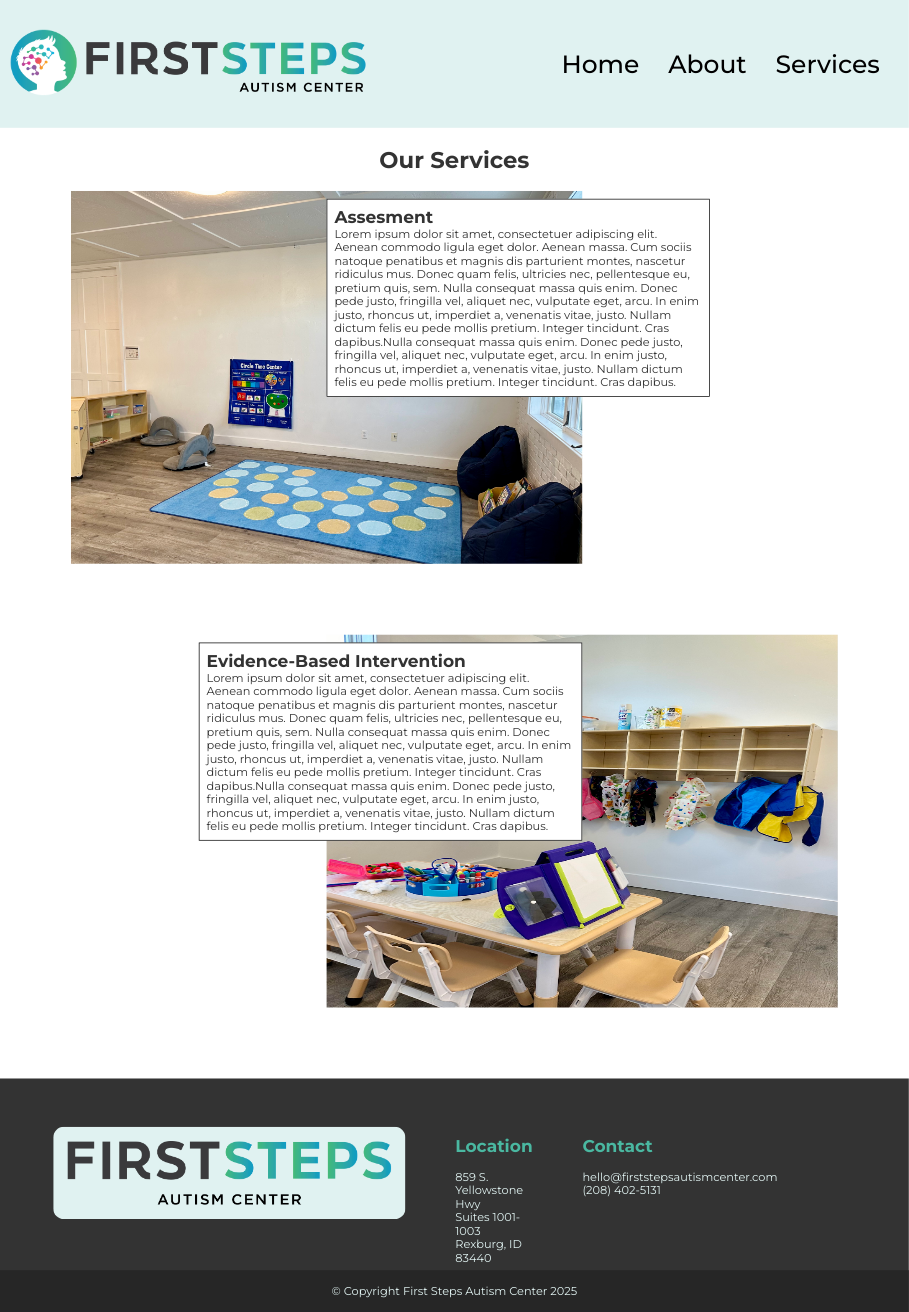
Repository: LordHaphestus/firstStepsAutism
Page: services.html
An editor plug-in stored every save of this project. The page is shown before and after the next save, followed by the edit.
The browser window is 1280 px wide. The pictures show the whole page, at 71% of full size.

Above is the page before, as saved 2026-02-17 21:50:32.

### services.html
<!DOCTYPE html>
<html lang="en">
<head>
    <meta charset="UTF-8">
    <meta name="viewport" content="width=device-width, initial-scale=1.0">
    <title>Services | First Steps Autism</title>
    <link rel="stylesheet" href="style.css">
</head>
<body>
    <header>
        <a href="index.html" id="logo"><img src="images/horizontalLogoColor.png" alt="First Steps Autism Logo"></a>
        <nav>
            <a href="index.html">Home</a>
            <a href="about.html">About</a>
            <a href="services.html">Services</a>
            <!-- <a href="contact.html">Contact</a> -->
        </nav>
    </header>
    <main id="services">
        <h1>Our Services</h1>
        <div>
            <section style="grid-column: 3/6; grid-row: 2/4;">
                <h2>Assesment</h2>
                <p>Lorem ipsum dolor sit amet, consectetuer adipiscing elit. Aenean commodo ligula eget dolor. Aenean massa. Cum sociis natoque penatibus et magnis dis parturient montes, nascetur ridiculus mus. Donec quam felis, ultricies nec, pellentesque eu, pretium quis, sem. Nulla consequat massa quis enim. Donec pede justo, fringilla vel, aliquet nec, vulputate eget, arcu. In enim justo, rhoncus ut, imperdiet a, venenatis vitae, justo. Nullam dictum felis eu pede mollis pretium. Integer tincidunt. Cras dapibus.Nulla consequat massa quis enim. Donec pede justo, fringilla vel, aliquet nec, vulputate eget, arcu. In enim justo, rhoncus ut, imperdiet a, venenatis vitae, justo. Nullam dictum felis eu pede mollis pretium. Integer tincidunt. Cras dapibus.</p>
            </section>
            <img src="images/IMG_3628.jpeg" alt="service1" style="grid-column: 1/5;">
        </div>
        <div>
            <section style="grid-column: 2/5; grid-row: 2/4;">
                <h2>Evidence-Based Intervention</h2>
                <p>Lorem ipsum dolor sit amet, consectetuer adipiscing elit. Aenean commodo ligula eget dolor. Aenean massa. Cum sociis natoque penatibus et magnis dis parturient montes, nascetur ridiculus mus. Donec quam felis, ultricies nec, pellentesque eu, pretium quis, sem. Nulla consequat massa quis enim. Donec pede justo, fringilla vel, aliquet nec, vulputate eget, arcu. In enim justo, rhoncus ut, imperdiet a, venenatis vitae, justo. Nullam dictum felis eu pede mollis pretium. Integer tincidunt. Cras dapibus.Nulla consequat massa quis enim. Donec pede justo, fringilla vel, aliquet nec, vulputate eget, arcu. In enim justo, rhoncus ut, imperdiet a, venenatis vitae, justo. Nullam dictum felis eu pede mollis pretium. Integer tincidunt. Cras dapibus.</p>
            </section>
            <img src="images/IMG_3643.jpeg" alt="service2" style="grid-column: 3/7;">
        </div>
    </main>
    <footer>
        <div>
            <a href="index.html"><img src="images/titleLogo.png" alt="Title Logo"></a>
            <div id="footerInfo">
                <a href="https://maps.app.goo.gl/QM8fgzejryr4znjn9" target="_blank" id="footerLocation">
                    <section>
                        <h2>Location</h2>
                        <p>859 S. Yellowstone Hwy <br>Suites 1001-1003<br>Rexburg, ID 83440</p>
                    </section>
                </a>
                <a href="mailto:hello@firststepsautismcenter.com" id="footerMail">
                    <section>
                        <h2>Contact</h2>
                        <p>hello@firststepsautismcenter.com<br>(208) 402-5131</p>
                    </section>
                </a>
            </div>
        </div>
        <p id="copyright">&copy; Copyright First Steps Autism Center 2025</p>
    </footer>
</body>
</html>

### style.css
@import url('https://fonts.googleapis.com/css2?family=Montserrat:ital,wght@0,100..900;1,100..900&display=swap');

body {
    font-family: 'Montserrat', sans-serif;
    margin: 0;
    color: #333333;
    background: white;
}
h1, h2 {
    font-weight: 700;
}
p {
    font-weight: 400;
}
a {
    text-decoration: none;
    color: black;

    font-weight: 500;
}
img {
    max-width: 100%;
    height: auto;
}
header {
    background-color: #E0F2F1;

    height: 150px;

    display: flex;
    align-items: center;
    justify-content: space-between;
    padding: 15px;
}
header #logo {
    width: 40%;
}
header #logo img {
    width: 100%;
}
nav {
    display: flex;
    justify-content: space-evenly;
    width: 40%;
}
nav a {
    font-size: 2.2em;
    padding: 15px;

    border-radius: 10px;

    transition: background-color 0.5s ease, color 0.2s ease, border-radius 1s ease, transform 1s ease;
}
nav a:hover {
    background-color: #4AB8A1;
    color: #f0f8ff;

    transform: scale(1.1);

    border-radius: 30px 10px;
}
#home {
    padding: 50px 25px;
    text-align: center;
}
#home #hero {
    transition: transform 0.5s ease;
}
#home #hero:hover {
    transform: translateY(-5px);
}

#hero img {
    width: 100%;
}

#aboutUs, #social {
    margin: 50px 0;
    /* border-radius: 0 15px 15px 15px; */

    display: grid;

    transition: transform 0.5s ease;
    background-color: #E0F2F1;
}
#social {

    padding: 15px;

    grid-template-columns: repeat(2, 1fr) repeat(2, 100px) repeat(2, 1fr);
    grid-template-rows: 75px 400px 75px;
}
#social #socialImages {
    /* display: grid;
    grid-template-columns: repeat(3, 1fr);
    column-gap: 25px; */

    display: flex;
    justify-content: space-evenly;

    margin: 0 15px;

    height: 250px;
}
#social #socialImages section {
    padding: 15px;
    margin: 25px;
    border-radius: 15px;

    transition: background-color 0.5s ease, transform 0.2s ease;
    background-color: #4AB8A1;
}
#social #socialImages section:hover {
    background-color: #55c2aa;
    transform: translateY(-5px);
}
#social #socialImages img {
    max-height: 250px;
}
#aboutUs {
    padding: 35px;

    grid-template-columns: repeat(2, 1fr) repeat(2, 100px) repeat(2, 1fr);
    grid-template-rows: 1fr 75px;
    place-items: center;
}
#aboutUs #whoweare {
    text-align: justify;
}
#whoweare {
    font-size: 1.9em;

    padding: 15px;
}
.btn {
    margin: 15px;
    padding: 15px;
    border-radius: 15px;
    width: 95px;

    font-weight: 600;

    background-color: #4AB8A1;
    transition: background-color 0.5s ease;
}
.btn:hover {
    background-color: #59e0c3;
}
.mail {
    font-size: 2em;
    background-color: #4AB8A1;

    padding: 25px;

    border-radius: 90px 45px;
    transition: background-color 0.5s ease;
}
.mail:hover {
    background-color: #59e0c3;
}
footer {
    background-color: #333333;
}
footer div {
    display: flex;
    align-items: center;
    justify-content: space-between;
    padding: 30px 75px;
}
footer img {
    background-color: #E0F2F1;
    padding: 20px;
    border-radius: 15px;

    width: 500px;
}
#footerInfo {
    display: flex;
    justify-content: space-evenly;
    align-items: flex-start;
}
#footerInfo section {
    margin: 0 25px;
}
#footerInfo h2 {
    color: #4AB8A1;
}
#footerInfo p {
    color: #E0F2F1;
}

#footerLocation, #footerMail {
    border-radius: 15px;
    height: 150px;
    margin: 0 10px;

    transition: background-color 0.5s ease;
}
#footerLocation:hover, #footerMail:hover {
    background-color: #424242;
}

#copyright {
    color: #E0F2F1;
    background-color: #262626;

    text-align: center;

    padding: 20px 0;
    margin: 0;
}

/* You ought to maybe make this into a grid so you can center the images with the text */
#about {
    padding: 25px 0;
}
#about div {
    display: flex;
    justify-content: space-around;
    align-items: center;
    height: 500px;
}
#about div section {
    width: 35%;
    text-align: justify;
}
#about div img {
    width: 35%;
}

#services * {
    margin: 0;
    padding: 0;
}
#services h1 {
    text-align: center;
    padding: 25px;
}
#services div {
    display: grid;
    grid-template-columns: repeat(6, 1fr);
    grid-template-rows: repeat(7, 75px);
    place-items: center;
    object-fit: cover;

    margin: 100px;
    margin-top: 0;
}
#services div section {
    background: white;
    padding: 10px;
    border: 1px solid black;
}
#services div img {
    grid-row: 1/8;
    z-index: -1;
    width: 100%;
    height: 100%;
}


/* Responsive Design */
@media (max-width: 1024px) {

    header {
        flex-direction: column;
        height: auto;
        gap: 20px;
    }

    header #logo {
        width: 60%;
    }

    nav {
        width: 100%;
    }

    nav a {
        font-size: 1.6em;
    }

    #aboutUs {
        grid-template-columns: 1fr 1fr;
        grid-template-rows: auto auto auto;
        text-align: center;
    }

    #aboutUs section,
    #aboutUs a {
        grid-column: auto !important;
    }

    #social {
        grid-template-rows: auto auto auto;
    }

    #social #socialImages {
        flex-wrap: wrap;
        justify-content: center;
        height: auto;
    }

    #social #socialImages section {
        width: 40%;
        min-width: 250px;
    }

    #social #socialImages img {
        max-height: 150px;
    }

    footer div {
        flex-direction: column;
        gap: 30px;
        text-align: center;
    }

    #footerInfo {
        width: 100%;
    }


    #aboutUs {
        grid-template-columns: 1fr;
        grid-template-rows: auto auto auto;
        gap: 25px;
    }

    #aboutUs section,
    #aboutUs a {
        grid-column: 1 / -1 !important;
    }

    #whoweare {
        font-size: 1.6em;
        text-align: left;
        padding: 20px;
    }
    #aboutWelcome,
    #aboutUs {
        display: flex;
        flex-direction: column;
        gap: 30px;
        height: auto;
    }

    #aboutWelcome img,
    #aboutUs img {
        width: 100%;
    }

    #aboutWelcome section,
    #aboutUs section {
        width: 100%;
        text-align: left;
    }


    #services div {
        grid-template-columns: 1fr;
        grid-template-rows: auto;
        margin: 50px 20px;
        gap: 30px;
    }

    #services div section,
    #services div img {
        grid-column: 1 / -1 !important;
        grid-row: auto !important;
    }

    #services div img {
        height: auto;
        max-height: 300px;
        object-fit: cover;
    }
}

@media (max-width: 600px) {

    nav {
        flex-direction: column;
        gap: 10px;
    }

    nav a {
        font-size: 1.4em;
        padding: 10px;
    }

    #home {
        padding: 25px 15px;
    }

    #aboutUs {
        grid-template-columns: 1fr;
        gap: 20px;
    }

    #aboutUs #whoweare {
        text-align: left;
    }

    #whoweare {
        font-size: 1.3em;
        padding: 15px;
    }

    #social {
        grid-template-rows: auto auto auto;
    }

    #social #socialImages {
        flex-direction: column;
        align-items: center;
    }

    #social #socialImages section {
        width: 90%;
    }

    #social #socialImages img {
        max-height: 120px;
    }

    .btn {
        width: 100%;
        max-width: 300px;
        margin: 10px auto;
    }

    .mail {
        font-size: 1.4em;
        padding: 15px;
        display: inline-block;
        margin-top: 30px;
    }

    footer div {
        padding: 30px 20px;
    }


    #about {
        padding: 15px;
    }

    #aboutWelcome section,
    #aboutUs section {
        font-size: 0.95em;
    }


    #services h1 {
        padding: 25px 10px;
    }

    #services div {
        margin: 30px 10px;
    }

    #services div section {
        font-size: 0.95em;
    }
}

After the next save:
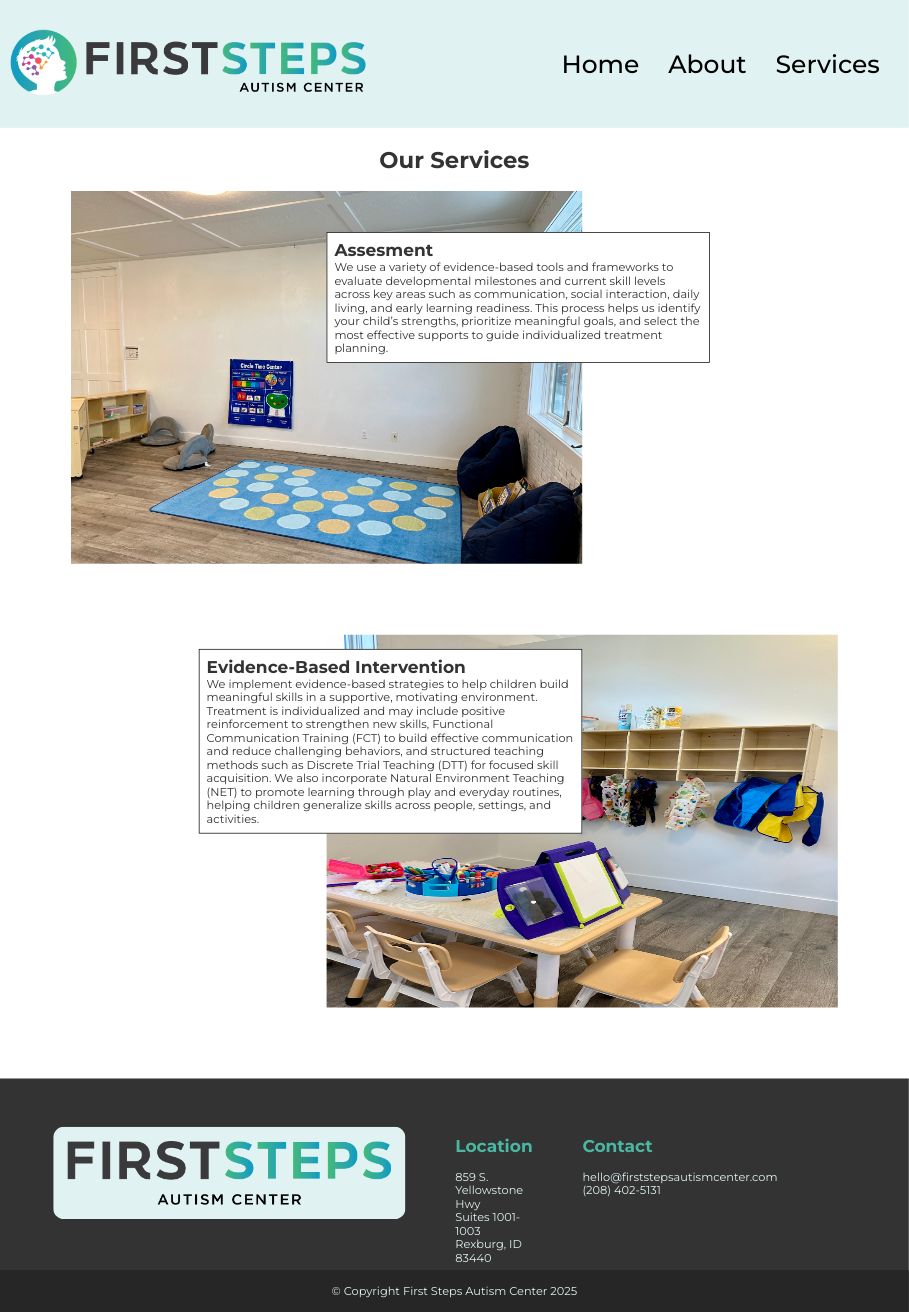
Saved 20 min 37 s later.
--- a/services.html
+++ b/services.html
@@ -21,14 +21,14 @@
         <div>
             <section style="grid-column: 3/6; grid-row: 2/4;">
                 <h2>Assesment</h2>
-                <p>Lorem ipsum dolor sit amet, consectetuer adipiscing elit. Aenean commodo ligula eget dolor. Aenean massa. Cum sociis natoque penatibus et magnis dis parturient montes, nascetur ridiculus mus. Donec quam felis, ultricies nec, pellentesque eu, pretium quis, sem. Nulla consequat massa quis enim. Donec pede justo, fringilla vel, aliquet nec, vulputate eget, arcu. In enim justo, rhoncus ut, imperdiet a, venenatis vitae, justo. Nullam dictum felis eu pede mollis pretium. Integer tincidunt. Cras dapibus.Nulla consequat massa quis enim. Donec pede justo, fringilla vel, aliquet nec, vulputate eget, arcu. In enim justo, rhoncus ut, imperdiet a, venenatis vitae, justo. Nullam dictum felis eu pede mollis pretium. Integer tincidunt. Cras dapibus.</p>
+                <p>We use a variety of evidence-based tools and frameworks to evaluate developmental milestones and current skill levels across key areas such as communication, social interaction, daily living, and early learning readiness. This process helps us identify your child’s strengths, prioritize meaningful goals, and select the most effective supports to guide individualized treatment planning.</p>
             </section>
             <img src="images/IMG_3628.jpeg" alt="service1" style="grid-column: 1/5;">
         </div>
         <div>
             <section style="grid-column: 2/5; grid-row: 2/4;">
                 <h2>Evidence-Based Intervention</h2>
-                <p>Lorem ipsum dolor sit amet, consectetuer adipiscing elit. Aenean commodo ligula eget dolor. Aenean massa. Cum sociis natoque penatibus et magnis dis parturient montes, nascetur ridiculus mus. Donec quam felis, ultricies nec, pellentesque eu, pretium quis, sem. Nulla consequat massa quis enim. Donec pede justo, fringilla vel, aliquet nec, vulputate eget, arcu. In enim justo, rhoncus ut, imperdiet a, venenatis vitae, justo. Nullam dictum felis eu pede mollis pretium. Integer tincidunt. Cras dapibus.Nulla consequat massa quis enim. Donec pede justo, fringilla vel, aliquet nec, vulputate eget, arcu. In enim justo, rhoncus ut, imperdiet a, venenatis vitae, justo. Nullam dictum felis eu pede mollis pretium. Integer tincidunt. Cras dapibus.</p>
+                <p>We implement evidence-based strategies to help children build meaningful skills in a supportive, motivating environment. Treatment is individualized and may include positive reinforcement to strengthen new skills, Functional Communication Training (FCT) to build effective communication and reduce challenging behaviors, and structured teaching methods such as Discrete Trial Teaching (DTT) for focused skill acquisition. We also incorporate Natural Environment Teaching (NET) to promote learning through play and everyday routines, helping children generalize skills across people, settings, and activities.</p>
             </section>
             <img src="images/IMG_3643.jpeg" alt="service2" style="grid-column: 3/7;">
         </div>
